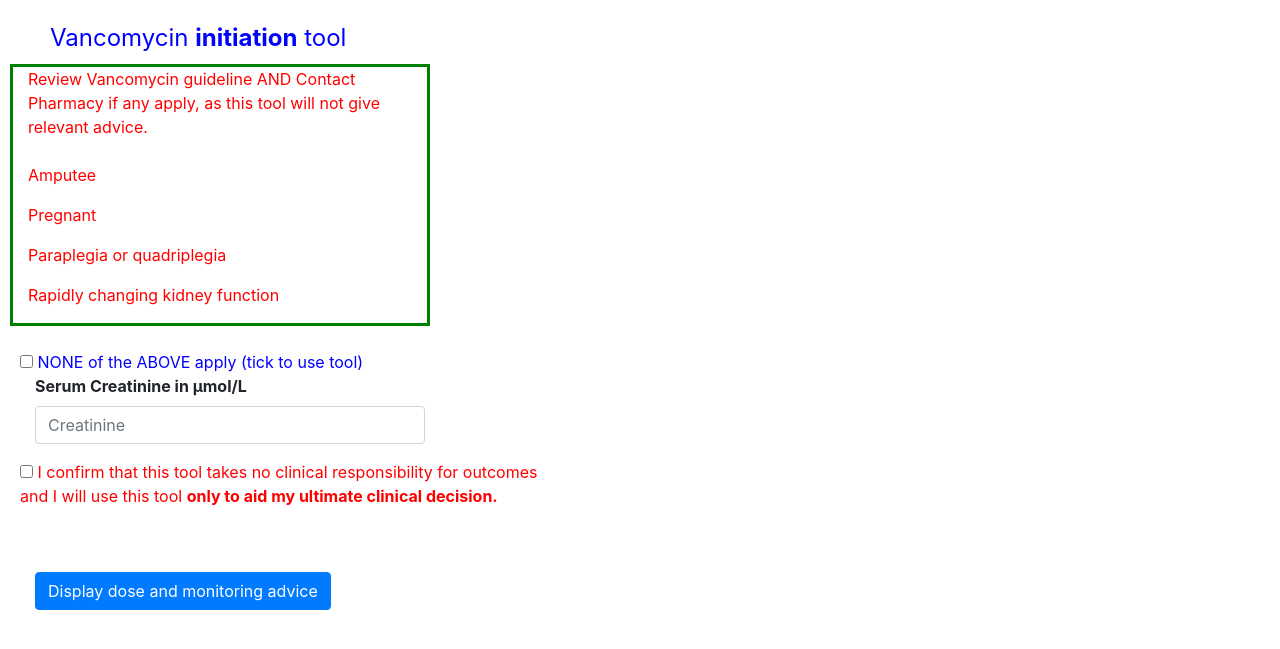
Repository: Mismiles/project-clinical-calculator
Page: index.html
The author's editor kept a record of every edit. The page is drawn from the files as they stood at one moment, then again after the next edit.
The browser window is 1280 px wide. The pictures show the whole page.

Above is the page before.

### index.html
<!doctype html>
<html lang="en">
  <head>
    <!-- Required meta tags -->
    <meta charset="utf-8">
    <meta name="viewport" content="width=device-width, initial-scale=1, shrink-to-fit=no">

    <!-- Bootstrap CSS -->
    <link rel="stylesheet" href="https://stackpath.bootstrapcdn.com/bootstrap/4.3.1/css/bootstrap.min.css" integrity="sha384-ggOyR0iXCbMQv3Xipma34MD+dH/1fQ784/j6cY/iJTQUOhcWr7x9JvoRxT2MZw1T" crossorigin="anonymous">

    <!-- Custom CSS -->
    <link href="css/stylesheet.css" rel="stylesheet">

    <title>Vancomycin calculation tool</title>

  </head>
  <body>

<form name="vanc">
<fieldset>

<!-- Form Name -->
<legend>Vancomycin <b>initiation</b> tool</legend>

<div id="collapseForm">
<!-- Parameters -->
<section id='parameters'>
  <div class="col-md-4 statement" for="parameters" style="color:red">Review Vancomycin guideline AND Contact Pharmacy if any apply, as this tool will not give relevant advice.
    <br>
    <br>
    <p>Amputee</p>
    <p>Pregnant</p>
    <p>Paraplegia or quadriplegia</p>
    <p>Rapidly changing kidney function</p>
	</div>
</section>

<!-- Safe to use tool-->
	<br>
	<div style="color:blue">
      <input type="checkbox" name="parameters" id="showform" onclick="displayForm(); hideParameters();">
      NONE of the ABOVE apply (tick to use tool)
</div>

<section id='vancform'>
<!-- Indication-->
<br>
<div class="form-group">
  <label class="col-md-4 control-label" for="indication"><b>Indication</b></label>
  <div class="col-md-4">
  <input id="ind" name="indication" type="text" autocomplete="off" placeholder="Specify" class="form-control input-md" required="">
  </div>
</div>

<!-- Gender -->
<div class="form-group">
  <label class="col-md-4 control-label" for="gender"><b>Gender</b></label>
  <div class="col-md-4">
   <div class="btn-group btn-group-toggle" data-toggle="buttons">
  <label class="btn btn-outline-primary">
    <input type="radio" name="options" id="male" value="males" onclick="getGender()"> Male
  </label>
  <label class="btn btn-outline-danger">
    <input type="radio" name="options" id="female" value="females" onclick="getGender()"> Female
  </label>
</div>
  </div>
</div>

<!-- Age-->
<div class="form-group">
  <label class="col-md-4 control-label" for="age"><b>Age</b></label>
  <div class="col-md-4">
  <input id="age" name="age" type="text" maxlength="3" placeholder="Age in years" autocomplete="off" class="form-control input-md" required="">
  </div>
</div>

<!-- Weight-->
<div class="form-group">
  <label class="col-md-4 control-label" for="weight"><b>Weight in kg</b></label>
  <div class="col-md-4">
  <input id="weight" name="weight" type="text" maxlength="3" placeholder="Weight in kg" autocomplete="off" class="form-control input-md" required="">
</div>
</div>

<!-- Date picker-->
<div class="form-group">
        <label class="col-md-4 control-label" for="date"><b>Date Weight Taken</b></label>
          <div class="col-md-4">
        <input id="form-control input-md date" name="date" autocomplete="off" placeholder="MM/DD/YYY" type="date" required="" onclick="verifyDate()">
          </div>
</div>
<p id="datemessage"></p>

  <div class="checkbox">
    <label for="parameters-0">
      <input type="radio" name="parameters" id="abnormalWeight" value="" onclick="displayHeight();">
      Abnormal Weight (BMI &lt; 18.5 OR BMI &gt; 25) <br><span style="color:green"><i>Tick to help calculate BMI</i></span>
    </label>
	</div>

	 <div class="checkbox">
    <label for="parameters-1">
      <input type="radio" name="parameters" id="normalweight" value="" onclick="toggleIBW(); displayHeight();">
      Normal weight (BMI &gt; 18.5 and &lt; 25)
    </label>
	</div>
</div>
</div>

<!-- Height-->
<section id="heightbox" class="form-group">
  <label class="col-md-4 control-label" for="height"><b>Height in cm</b></label>
  <div class="col-md-4">
  <input id="height" name="height" type="text" maxlength="3" autocomplete="off" placeholder="Height in cm" class="form-control input-md" required="">
</div>
</section>

<!-- Creatinine-->
<div class="form-group">
  <label class="col-md-4 control-label" for="creatinine"><b>Serum Creatinine in µmol/L</b></label>
  <div class="col-md-4">
  <input id="creatinine" name="creatinine" type="text" autocomplete="off" maxlength="3" placeholder="Creatinine" class="form-control input-md" data-bind="value:replyNumber" required="">
  </div>
</div>

<!-- Disclaimer-->
<div style="color:red">
      <input type="checkbox" name="safetyline" id="disclaimer" onclick="safety();">
      I confirm that this tool takes no clinical responsibility for outcomes <br>
      and I will use this tool <b>only to aid my ultimate clinical decision.</b>
</div>

<!-- Button -->
<div class="form-group">
  <label class="col-md-4 control-label" for="calculate"></label>
  <div class="col-md-4">
    <script type="text/javascript" src="js/calculation.js"></script>
    <button id="calc" name="calculate" type="button" class="btn btn-primary" onclick="runCalcs();" >Display dose and monitoring advice</button>
  </div>
</div>

</fieldset>
</form>
</section>
</div>

<!-- Summary Buttom -->
<div class="sumButton">
  <label class="col-md-4 control-label"></label>
  <div class="col-md-4">
    <button id="summary" type="button" class="btn btn-primary" onclick="resetForm();" >Display dose and monitoring advice</button>
  </div>
</div>

<section id="dosingAdvice">
<p id="indication" class="text">The indication for treatment is</p>
<p id="stat_dose" class="text">Prescribe STAT dose of</p>
<p id="bmi_calc" class="text">The patient's BMI is</p>
<p id="ibw_text" class="text">The patient's ideal body weight is</p>
<p id="result_g" class="text">The CrCl =</p>
<p id="main_dose" class="text">Therefore prescribe</p>
<p id="poor_renal"class="text">Do not wait for the result before giving the next scheduled dose unless CrCl < 10 ml/min
or the patient is on renal replacement therapy</p>

<br>

<!-- Explain Button -->
  <div class="col-md-4">
    <button id="explain" name="exp" type="button" class="btn btn-primary" onclick="displayReasoning(); highlightWtable(); highlightRtable(); explain(); scrollWin();" >Show dosing rationale</button>
  </div>
</div>

</section>

<br>

<section id="explainDosing"
<!--Show formulas -->
<div id="showFormulas"></div>

<br>


<h2>Loading dose</h2>

<table class="col-md-6 table table-bordered table-dark">
  <thead>
    <tr>
      <th scope="col">Actual body Weight (ABW)</th>
      <th scope="col">Vancomycin Dose</th>
      <th scope="col">Dose frequency</th>
    </tr>
  </thead>
  <tbody>
    <tr id="under40">
      <td>< 40kg</td>
      <td>750mg</td>
      <td>STAT</td>
    </tr>
    <tr id="w40to59">
      <td>40 - 59 kg</td>
      <td>1000mg</td>
      <td>STAT</td>
    </tr>
    <tr id="w60to90">
      <td>60 - 90 kg</td></td>
      <td>1500mg</td>
      <td>STAT</td>
    </tr>
    <tr id="over90">
      <td>> 90 kg</td></td>
      <td>200mg</td>
      <td>STAT</td>
    </tr>
  </tbody>
</table>

<br>

<h2>Maintenance dose</h2>

<table class="col-md-6 table table-dark">
  <thead>
    <tr>
      <th scope="col">Creatinine clearence (mL/min)</th>
      <th scope="col">Vancomycin Maintenance dose</th>
      <th scope="col">Dose interval</th>
      <th scope="col">Time of 1st level</th>
      <th scope="col">Monitoring Frequency</th>
    </tr>
  </thead>
  <tbody>
    <tr id="rOver110">
      <th>> 110</th>
      <td>1500mg</td>
      <td>12 hourly</td>
      <td>Before 4th dose</td>
    </tr>
    <tr id="r90to110">
      <th>90 - 110</th>
      <td>1250mg</td>
      <td>12 hourly</td>
      <td>Before 4th dose</td>
    </tr>
    <tr  id="r75to89">
      <th>75 - 89</th>
      <td>1000mg</td>
      <td>12 hourly</td>
      <td>Before 4th dose</td>
    </tr>
     <tr id="r55to74">
      <th>55 - 74</th>
      <td>750mg</td>
      <td>12 hourly</td>
      <td>Before 4th dose</td>
    </tr>
    <tr id="r40to54">
      <th>40 - 54</th>
      <td>500mg</td>
      <td>12 hourly</td>
      <td>Before 4th dose</td>
    </tr>
    <tr id="r30to39">
      <th>30 - 39</th>
      <td>750mg</td>
      <td>24 hourly</td>
      <td>Before 3rd dose</td>
    </tr>
    <tr id="r20to29">
      <th>20 - 29</th>
      <td>500mg</td>
      <td>24 hourly</td>
      <td>Before 3rd dose</td>
    </tr>
    <tr id="r10to19">
      <th>10 - 19</th>
      <td>500mg</td>
      <td>48 hourly</td>
      <td>Before 2nd dose</td>
    </tr>
    <tr id="r10to0">
      <th>< 10</th>
      <td>500mg</td>
      <td>48 hourly (check level before giving)</td>
      <td>24 hour intervals</td>
    </tr>
    <tr id="CRRT">
      <th>CRRT</th>
      <td>Withold initiating maintenace dose until level is in range.</td>
      <td>Maintenance dose can range between 500mg to 1500mg 24hourly. Adjust the dose or dosing interval to acheive the target range.</td>
      <td>24 hour intervals</td>
    </tr>
  </tbody>
</table>


<!-- Image carousel -->
  <div id="carouselExampleIndicators" class="carousel slide row" data-ride="carousel">
  <ol class="carousel-indicators">
    <li data-target="#carouselExampleIndicators" data-slide-to="0" class="active"></li>
    <li data-target="#carouselExampleIndicators" data-slide-to="1"></li>
    <li data-target="#carouselExampleIndicators" data-slide-to="2"></li>
    <li data-target="#carouselExampleIndicators" data-slide-to="3"></li>
    <li data-target="#carouselExampleIndicators" data-slide-to="4"></li>
    <li data-target="#carouselExampleIndicators" data-slide-to="5"></li>
    <li data-target="#carouselExampleIndicators" data-slide-to="6"></li>
    <li data-target="#carouselExampleIndicators" data-slide-to="7"></li>
    <li data-target="#carouselExampleIndicators" data-slide-to="8"></li>
    <li data-target="#carouselExampleIndicators" data-slide-to="9"></li>
  </ol>
  <div class="carousel-inner">
    <div class="carousel-item active">
      <img class="d-block w-60" src="images/vanc1.jpg" alt="First slide">
    </div>
    <div class="carousel-item">
      <img class="d-block w-60" src="images/app1.jpg" alt="Second slide">
    </div>
    <div class="carousel-item">
      <img class="d-block w-60" src="images/app2.jpg" alt="Third slide">
    </div>
    <div class="carousel-item">
      <img class="d-block w-60" src="images/app3.jpg" alt="Fourth slide">
    </div>
    <div class="carousel-item">
      <img class="d-block w-60" src="images/app41.jpg" alt="Fifth slide">
    </div>
    <div class="carousel-item">
      <img class="d-block w-60" src="images/app42.jpg" alt="Sixth slide">
    </div>
     <div class="carousel-item">
      <img class="d-block w-60" src="images/app43.jpg" alt="Seventh slide">
    </div>
     <div class="carousel-item">
      <img class="d-block w-60" src="images/app5.jpg" alt="Eigth slide">
     </div>
     <div class="carousel-item">
      <img class="d-block w-60" src="images/app6.jpg" alt="Ninth slide">
     </div>
  </div>

  <a class="carousel-control-prev" href="#carouselExampleIndicators" role="button" data-slide="prev">
    <span class="carousel-control-prev-icon" aria-hidden="true"></span>
    <span class="sr-only">Previous</span>
  </a>
  <a class="carousel-control-next" href="#carouselExampleIndicators" role="button" data-slide="next">
    <span class="carousel-control-next-icon" aria-hidden="true"></span>
    <span class="sr-only">Next</span>
  </a>
</div>


    <!-- jQuery first, then Popper.js, then Bootstrap JS -->
    <script src="https://code.jquery.com/jquery-3.3.1.slim.min.js" integrity="sha384-q8i/X+965DzO0rT7abK41JStQIAqVgRVzpbzo5smXKp4YfRvH+8abtTE1Pi6jizo" crossorigin="anonymous"></script>
    <script src="https://cdnjs.cloudflare.com/ajax/libs/popper.js/1.14.7/umd/popper.min.js" integrity="sha384-UO2eT0CpHqdSJQ6hJty5KVphtPhzWj9WO1clHTMGa3JDZwrnQq4sF86dIHNDz0W1" crossorigin="anonymous"></script>
    <script src="https://stackpath.bootstrapcdn.com/bootstrap/4.3.1/js/bootstrap.min.js" integrity="sha384-JjSmVgyd0p3pXB1rRibZUAYoIIy6OrQ6VrjIEaFf/nJGzIxFDsf4x0xIM+B07jRM" crossorigin="anonymous"></script>

        <!-- Calulation JavaScript Code-->
    <script type="text/javascript" href="js/calculation.js"></script>

  </body>
</html>

### css/stylesheet.css
body {
    position: relative;
    font-size: 1em;
    margin-left: 20px;
    margin-top: 20px;

}

legend {
    padding-left: 30px;
    color: blue;
}

.statement {
 border-style: solid;
 border-color: green;
 right: 10px;
  }

 .showform {
     color: blue;
 }

#heightbox{
  display: none;
}

#dosingAdvice{
  display: none;
}

#bmi_calc{
    display: none;
}

#vancform {
  display: none;
}

#parameters{
    display: block;
}

#ibw_text{
    display: block;
}

#calc{
    display: none;
}

#poor_renal{
    color: red;
}

#explainDosing{
    display:none;
}

.text{
    margin-bottom: 2px;
}

.datemessage{
    color: red;
}

#formZ{
    display:block;
}

#sumButton{
    display: none;
}

.carousel {
  width:740px;
  height:860px;
  display: none !important;
}

Loaded but not shown: js/calculation.js (384 lines, source omitted)

After the next edit:
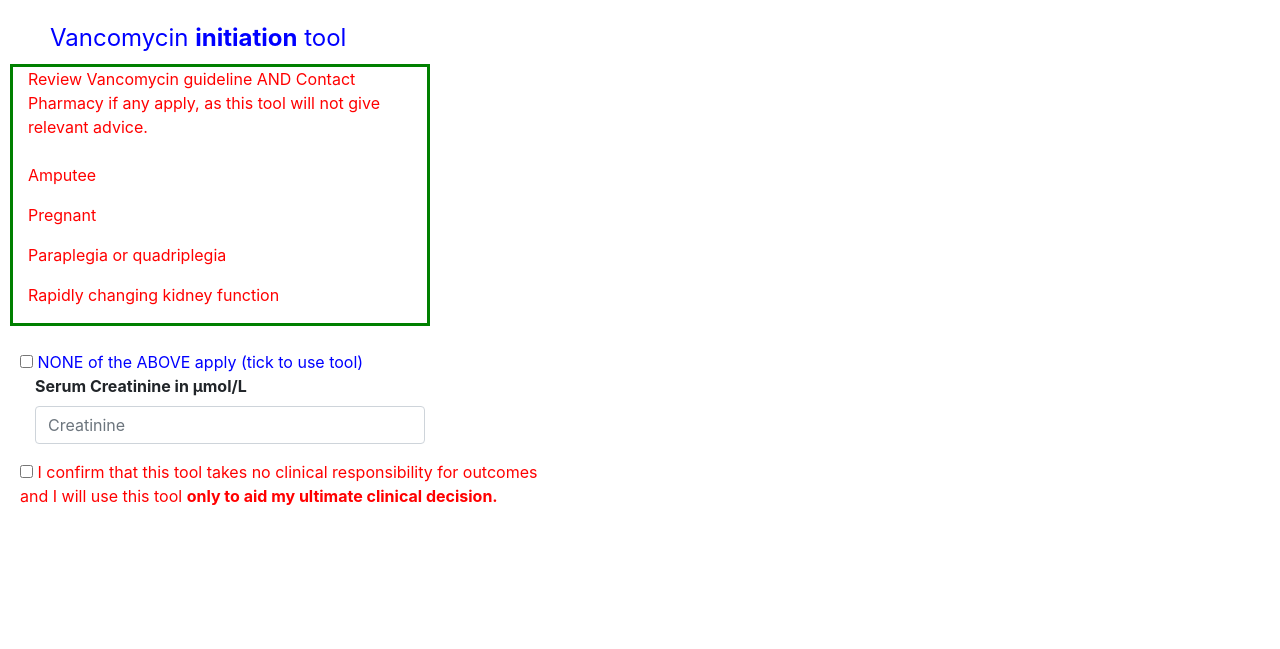
The edit:
--- a/index.html
+++ b/index.html
@@ -146,7 +146,7 @@
 </div>
 
 <!-- Summary Buttom -->
-<div class="sumButton">
+<div id="sumButton">
   <label class="col-md-4 control-label"></label>
   <div class="col-md-4">
     <button id="summary" type="button" class="btn btn-primary" onclick="resetForm();" >Display dose and monitoring advice</button>
